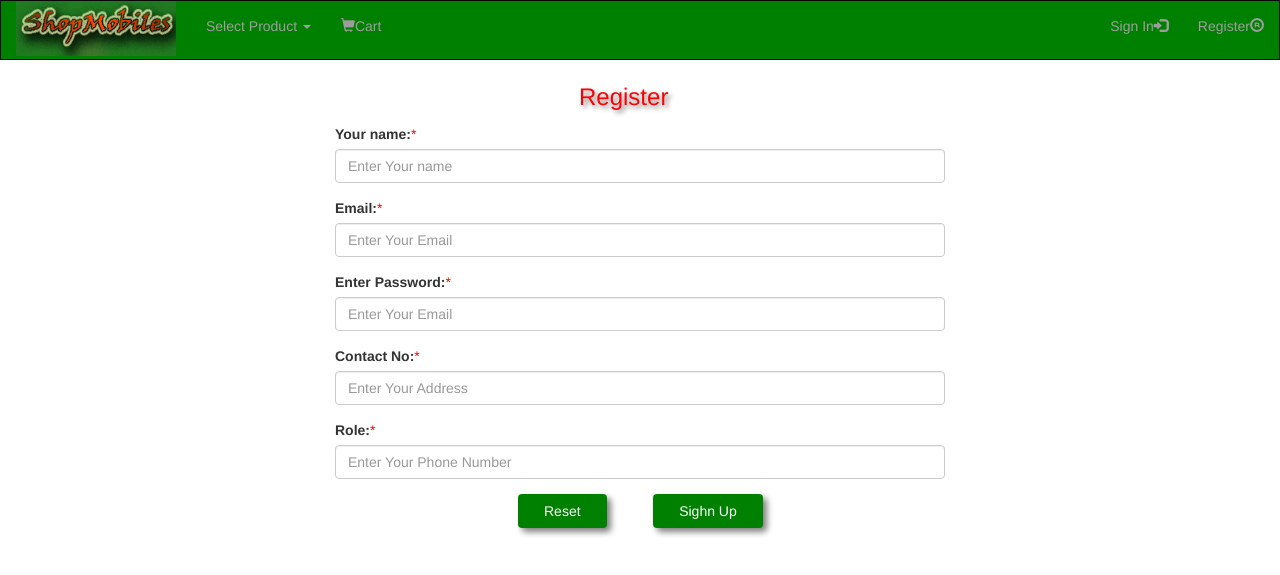
Repository: KoustabhBiswas/Final-Ecommerce-Project
Page: http://localhost/ecommerce1/WEB-INF/views/register.jsp
These files come from the project's save history. The page is drawn as it stood at one moment and after the next save; the edit follows.
The browser window is 1280 px wide. The pictures show the whole page.
Some web libraries are served in a nearby version. The page is served by Tomcat 9. Nobody is signed in. Other server files are loaded and not shown. The template is opened directly, without the code that normally fills it, so the values that code supplies are empty.

Above is the page before, as saved 2017-09-17 12:46:13.

### Final Ecommerce Project/Ecommerce_Project-master/project/ecommerce1/src/main/webapp/WEB-INF/views/register.jsp
<%@ page language="java" contentType="text/html; charset=ISO-8859-1"
    pageEncoding="ISO-8859-1"%>
    <%@ taglib uri="http://www.springframework.org/tags/form" prefix="form" %>
<!DOCTYPE html PUBLIC "-//W3C//DTD HTML 4.01 Transitional//EN" "http://www.w3.org/TR/html4/loose.dtd">
<html>
<head>
<meta http-equiv="Content-Type" content="text/html; charset=ISO-8859-1">
<title>Insert title here</title>
<link rel="stylesheet"
	href="https://cdnjs.cloudflare.com/ajax/libs/font-awesome/4.7.0/css/font-awesome.min.css">

<link rel="stylesheet"
	href="https://maxcdn.bootstrapcdn.com/bootstrap/3.3.7/css/bootstrap.min.css">
<script
	src="https://ajax.googleapis.com/ajax/libs/jquery/3.2.1/jquery.min.js"></script>
<script
	src="https://maxcdn.bootstrapcdn.com/bootstrap/3.3.7/js/bootstrap.min.js"></script>
<style>
.btn{
	box-shadow:4px 4px 6px grey;
	margin-right: 10%;
	padding-right: 25px;
	padding-left: 25px;
	background-color: green;
	color: white;
}
.btn:hover{
	box-shadow:2px 2px 4px grey;
	background-color: blue;
}
</style>
</head>
<body>
<div class="container-fluid">
	<%@ include file="shared/navbar.jsp" %>
	<div class="row" >

  		<div class="col-md-6" style="margin-left: 25%; ">
  				<div><p style="color: red; margin-left: 40%; font-size: 24px; text-shadow: 3px 3px 5px grey; ">Register</p></div>

  			<form:form action="userSubmit" modelAttribute="registration" method="post" class="form-group">
  				<div class="form-group">
  				<form:input type="hidden" path="userId" />
  					<form:label path="userName">Your name:</form:label><span style="color: red">*</span>
  					<form:input type="text" name="uname" path="userName" class="form-control" placeholder="Enter Your name" />
  				</div>

  				<div class="form-group">
  					<form:label path="emailId">Email:</form:label><span style="color: red">*</span>
  					<form:input type="text" path="emailId" class="form-control" placeholder="Enter Your Email" />
  				</div>
				<div class="form-group">
  					<form:label path="password">Enter Password:</form:label><span style="color: red">*</span>
  					<form:input type="password" path="password" class="form-control" placeholder="Enter Your Email" />
  				</div>

  				<div class="form-group">
  					<form:label path="contactNo">Contact No:</form:label><span style="color: red">*</span>
  					<form:input type="text" path="contactNo" class="form-control" placeholder="Enter Your Address" />
  				</div>

  				<div class="form-group">
  					<form:label path="role">Role:</form:label><span style="color: red">*</span>
  					<form:input type="text" path="role" class="form-control" placeholder="Enter Your Phone Number" />
  				</div>



  				<div style="margin-left: 30% ">
  					<input type="reset" value="Reset" class="btn" style="">

  					<input type="submit" value="Sighn Up" class="btn" style="  padding-right: 25px; padding-left: 25px;">
  				</div>

  			</form:form>

  		</div>

  	</div>
  	</div>
</body>
</html>

### Final Ecommerce Project/Ecommerce_Project-master/project/ecommerce1/src/main/webapp/WEB-INF/views/shared/navbar.jsp
<%@ page language="java" contentType="text/html; charset=ISO-8859-1"
	pageEncoding="ISO-8859-1" isELIgnored="false"%>
<%@ taglib uri="http://www.springframework.org/security/tags"
	prefix="sec"%>
<%@ taglib uri="http://java.sun.com/jsp/jstl/core" prefix="c"%>

<style>
nav {
	background-color: #1b6d85;
}
</style>

<div class="row" style="border-bottom-style: none;">
	<nav class="navbar navbar-inverse"
		style="background-color: green; border-radius: 0px; color: white; height:60px">
		<div class="container-fluid">
			<div class="navbar-header" >
				<a class="navbar-brand" href="home" style=" height:59px"><img
					src="<c:url value="/resources/images/final.jpg" />" height=55px width=160px style="margin-top:-9.5%"></a>
			</div>
			<ul class="nav navbar-nav">

				<li class="dropdown"><a class="dropdown-toggle"
					data-toggle="dropdown" href="#">Select Product <span
						class="caret"></span></a>
					<ul class="dropdown-menu">
						<li><a href="${pageContext.request.contextPath}/samsung">Samsung</a></li>
						<li><a href="${pageContext.request.contextPath}">Nokia</a></li>
						<li><a href="#">HTC</a></li>
					</ul></li>

				<li><a href="/ecommerce1/user/view/cart"><span
						class="glyphicon glyphicon-shopping-cart"></span>Cart</a></li>

			</ul>
			<ul class="nav navbar-nav navbar-right">
				<sec:authorize access="hasAuthority('Admin')">
					<li class="dropdown"><a class="dropdown-toggle"
						data-toggle="dropdown" href="#">Admin <span class="caret"></span></a>
						<ul class="dropdown-menu">
							<li><a href="admin/product">Product</a></li>
							<li><a href="admin/supplier">Supplier</a></li>

						</ul></li>
				</sec:authorize>
				<sec:authorize access="isAnonymous()">
					<li><a href="login">Sign In<span
							class="glyphicon glyphicon-log-in"></span></a></li>
				</sec:authorize>
				<sec:authorize access="isAuthenticated()">
					<li><a href="/ecommerce1/logout">LOGOUT</a><span>${name}</span></li>
				</sec:authorize>
				<li><a href="registerpage">Register<span
						class="glyphicon glyphicon-registration-mark"></span></a>${username}</li>
			</ul>
		</div>
	</nav>
</div>

After the next save:
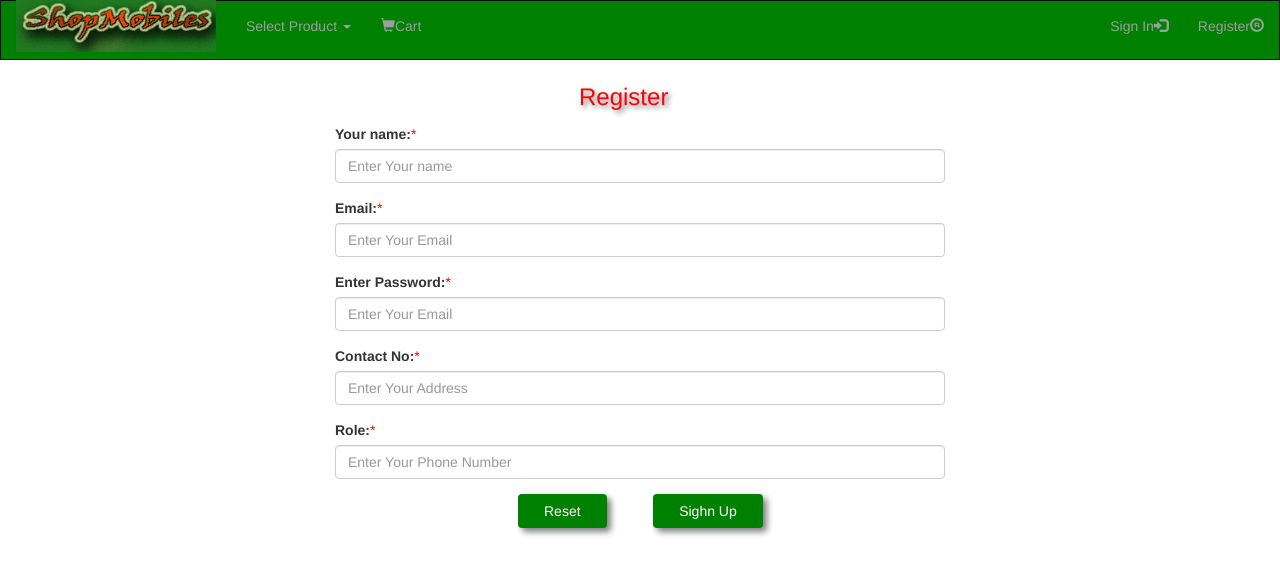
Saved 21 s later.
--- a/Final Ecommerce Project/Ecommerce_Project-master/project/ecommerce1/src/main/webapp/WEB-INF/views/shared/navbar.jsp
+++ b/Final Ecommerce Project/Ecommerce_Project-master/project/ecommerce1/src/main/webapp/WEB-INF/views/shared/navbar.jsp
@@ -16,7 +16,7 @@
 		<div class="container-fluid">
 			<div class="navbar-header" >
 				<a class="navbar-brand" href="home" style=" height:59px"><img
-					src="<c:url value="/resources/images/final.jpg" />" height=55px width=160px style="margin-top:-9.5%"></a>
+					src="<c:url value="/resources/images/final.jpg" />" height=55px width=200px style="margin-top:-9.5%"></a>
 			</div>
 			<ul class="nav navbar-nav">
 

After the save that followed:
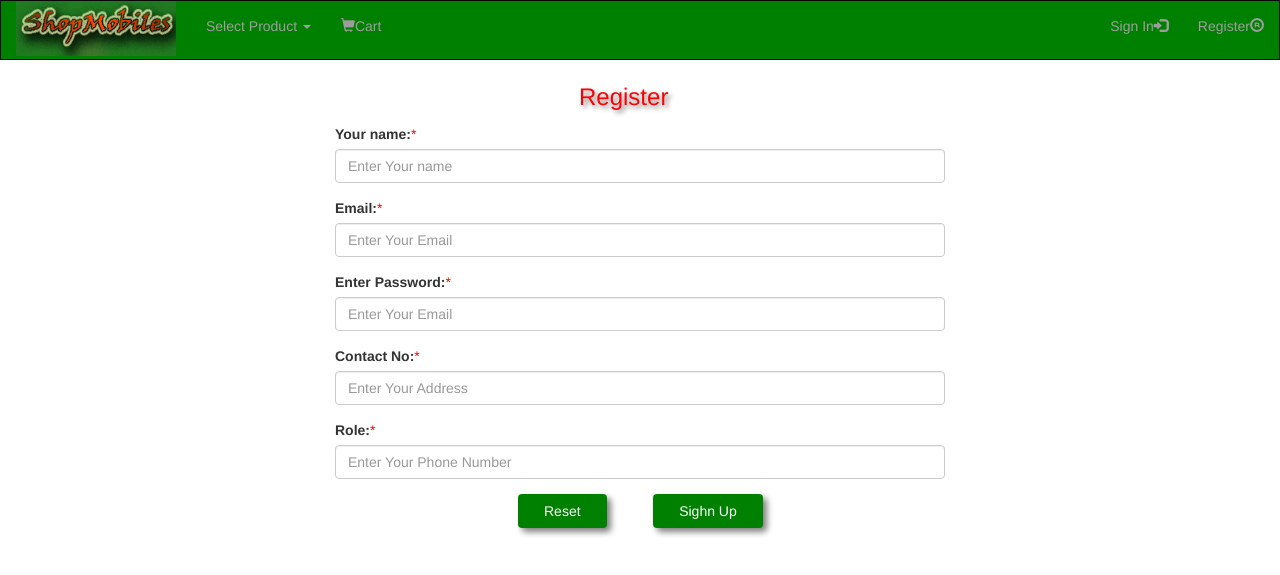
Saved 17 s later.
--- a/Final Ecommerce Project/Ecommerce_Project-master/project/ecommerce1/src/main/webapp/WEB-INF/views/shared/navbar.jsp
+++ b/Final Ecommerce Project/Ecommerce_Project-master/project/ecommerce1/src/main/webapp/WEB-INF/views/shared/navbar.jsp
@@ -16,7 +16,7 @@
 		<div class="container-fluid">
 			<div class="navbar-header" >
 				<a class="navbar-brand" href="home" style=" height:59px"><img
-					src="<c:url value="/resources/images/final.jpg" />" height=55px width=200px style="margin-top:-9.5%"></a>
+					src="<c:url value="/resources/images/final.jpg" />" height=55px width=160px style="margin-top:-9.5%"></a>
 			</div>
 			<ul class="nav navbar-nav">
 
